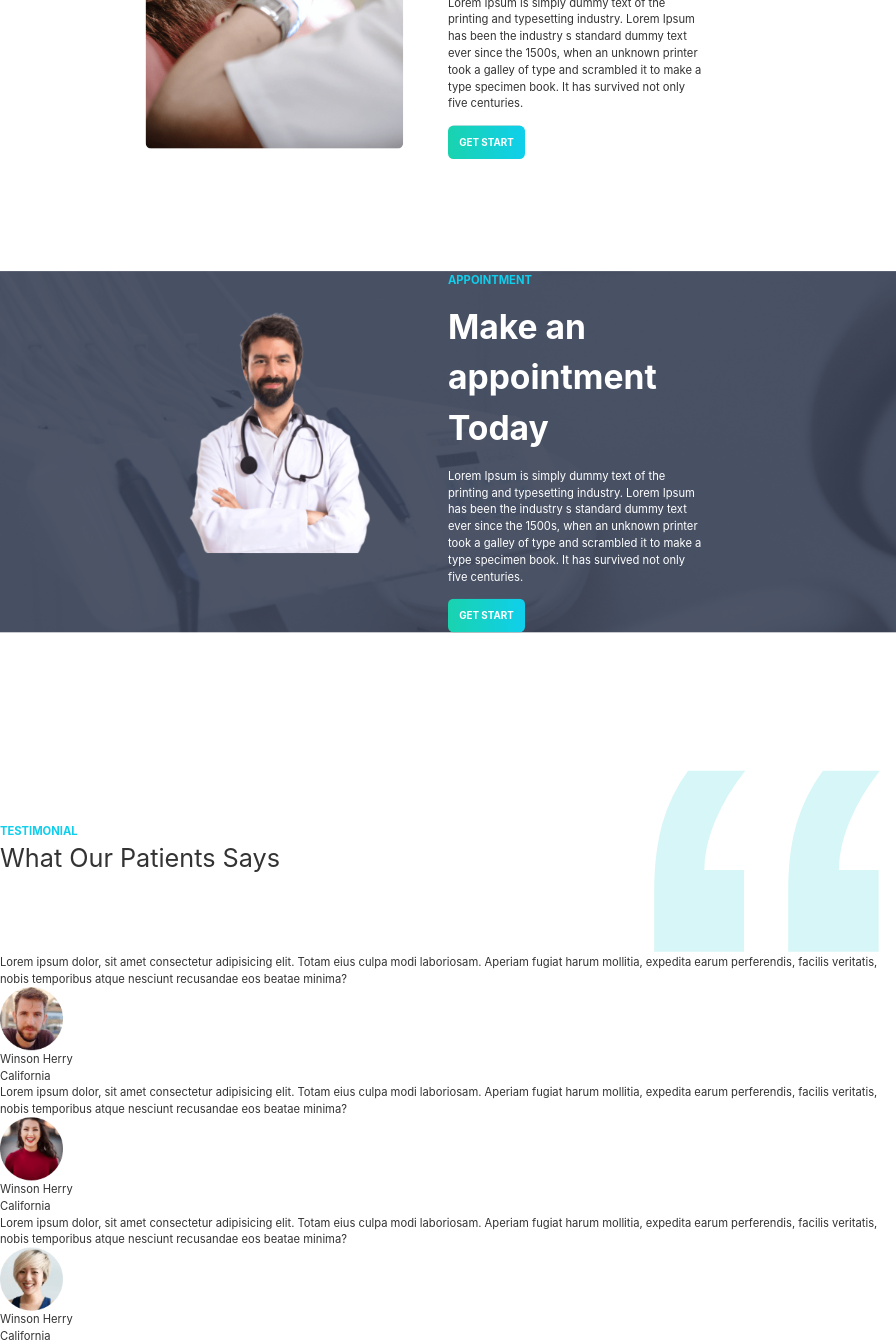
Repository: shikubro90/doctorsportal
Page: /
These files come from the project's save history. The page is drawn as it stood at one moment and after the next save; the edit follows.
The browser window is 1280 px wide. The pictures show the part of the page from y = 2056 to 3976 px (the page is 3976 px tall before and 3676 px after), at 70% of full size.
The project was rebuilt for these pictures with package versions that can differ from the ones it lists, and the page was loaded fresh each time. Also part of the build but not shown: src/App.css, src/Pages/About/About.jsx.

Above is the page before, as saved 2022-10-02 09:22:26.

After the next save:
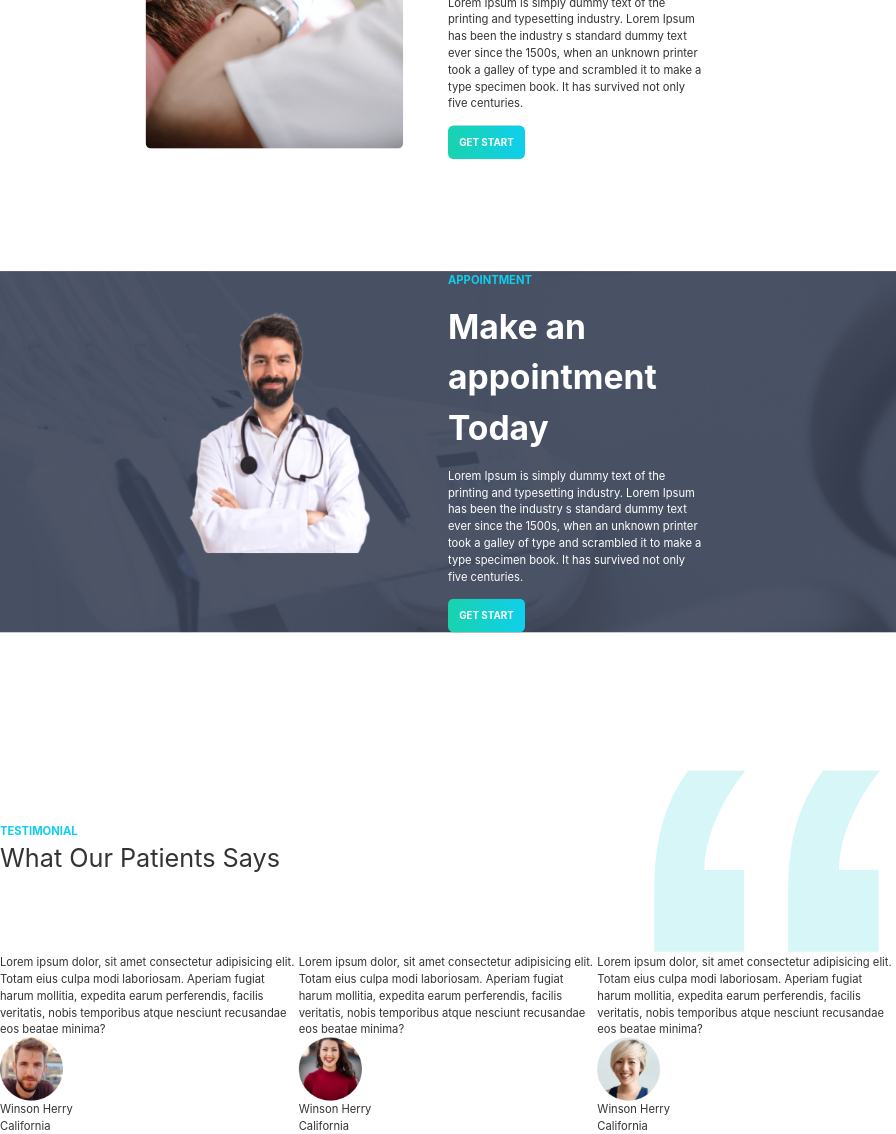
Saved 11 s later.
--- a/src/Pages/Home/TestimonialSection.jsx
+++ b/src/Pages/Home/TestimonialSection.jsx
@@ -19,7 +19,7 @@ const TestimonialSection = () => {
               <img src={quote} alt="quote" />
             </div>
           </div>
-          <div className="body">
+          <div className="body flex">
             {testimonial.map(({ id, title, image, name, country, desc }) => {
               return (
                 <TestimonialCard
